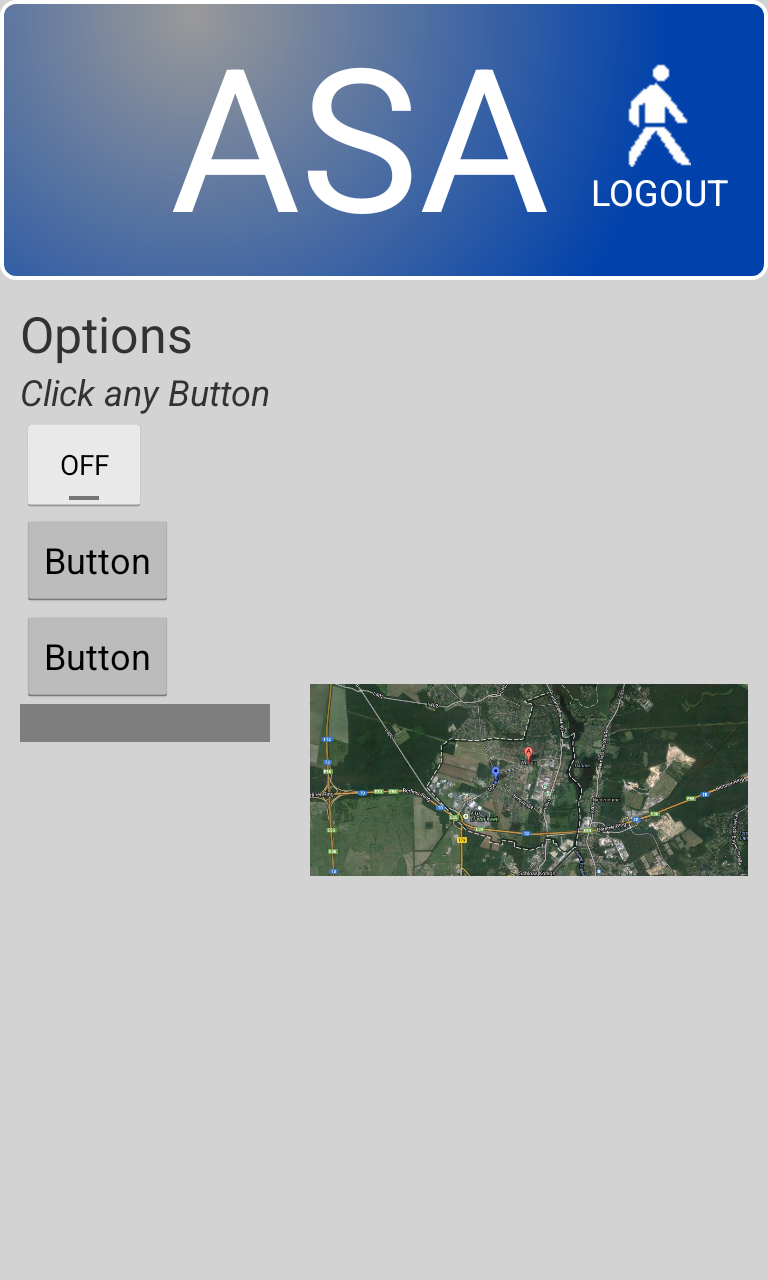
Repository: vinnare89/ASA
Layout: ASA/res/layout/asa_layout.xml
An editor plug-in stored every save of this project. The layout is shown before and after the next save, followed by the edit.
Pictures or frames that could not be fetched are drawn as grey boxes. It is drawn on a 768 x 1280 px phone screen (xhdpi) without system bars, with theme AppTheme; the app's code is not run.

Above is the layout before, as saved 2013-12-15 16:44:20.

### ASA/res/layout/asa_layout.xml
<?xml version="1.0" encoding="utf-8"?>
<LinearLayout xmlns:android="http://schemas.android.com/apk/res/android"
    android:layout_width="match_parent"
    android:layout_height="match_parent"
    android:background="#d3d3d3"
    android:orientation="vertical" >

    <RelativeLayout
        android:layout_width="match_parent"
        android:layout_height="wrap_content"
        android:background="@drawable/asa_header_background" >

        <TextView
            android:id="@+id/asa_header"
            android:layout_width="match_parent"
            android:layout_height="wrap_content"
            android:gravity="center_vertical|center_horizontal"
            android:text="@string/app_name_italic"
            android:textColor="#FFF"
            android:textSize="100sp" />

        <Button
            android:id="@+id/asa_logout_button"
            android:layout_width="wrap_content"
            android:layout_height="wrap_content"
            android:layout_alignParentRight="true"
            android:layout_centerVertical="true"
            android:layout_margin="20dp"
            android:background="@android:color/transparent"
            android:drawableTop="@drawable/mensch_small"
            android:text="@string/main_menu_logout"
            android:textColor="#FFF" />

        <View
            android:layout_width="fill_parent"
            android:layout_height="140dp"
            android:layout_alignParentLeft="true"
            android:layout_alignParentTop="true"
            android:layout_below="@id/asa_logout_button"
            android:background="@android:color/transparent" />
    </RelativeLayout>

    <LinearLayout
        android:layout_width="fill_parent"
        android:layout_height="fill_parent"
        android:gravity="center_horizontal" >

        <LinearLayout
            android:layout_width="wrap_content"
            android:layout_height="fill_parent"
            android:layout_alignParentLeft="true"
            android:layout_margin="@dimen/asa_margin_top"
            android:orientation="vertical" >

            <TextView
                android:id="@+id/textView3"
                android:layout_width="wrap_content"
                android:layout_height="wrap_content"
                android:text="@string/asa_control_header"
                android:textSize="25sp" />

            <TextView
                android:id="@+id/textView4"
                android:layout_width="wrap_content"
                android:layout_height="wrap_content"
                android:text="@string/asa_control_subheader"
                android:textSize="18sp"
                android:textStyle="italic" />

            <ToggleButton
                android:id="@+id/toggleButton1"
                android:layout_width="wrap_content"
                android:layout_height="wrap_content"
                android:text="ToggleButton" />

            <Button
                android:id="@+id/button1"
                android:layout_width="wrap_content"
                android:layout_height="wrap_content"
                android:text="Button" />

            <Button
                android:id="@+id/button2"
                android:layout_width="wrap_content"
                android:layout_height="wrap_content"
                android:text="Button" />

            <LinearLayout
                android:id="@+id/control_room_layout_background"
                android:layout_width="fill_parent"
                android:layout_height="wrap_content"
                android:orientation="vertical" >

                <fragment
                    android:id="@+id/map"
                    android:name="com.google.android.gms.maps.MapFragment"
                    android:layout_width="match_parent"
                    android:layout_height="match_parent" />
            </LinearLayout>
        </LinearLayout>

        <LinearLayout
            android:layout_width="match_parent"
            android:layout_height="fill_parent"
            android:layout_alignParentRight="true"
            android:layout_margin="@dimen/asa_margin_top"
            android:orientation="vertical" >

            <ImageView
                android:id="@+id/imageView1"
                android:layout_width="match_parent"
                android:layout_height="match_parent"
                android:layout_gravity="right|center_vertical"
                android:src="@drawable/map_dummy" />
        </LinearLayout>
    </LinearLayout>

</LinearLayout>

### ASA/res/values/styles.xml
<resources xmlns:android="http://schemas.android.com/apk/res/android">

    <!--
        Base application theme, dependent on API level. This theme is replaced
        by AppBaseTheme from res/values-vXX/styles.xml on newer devices.
    -->
    <style name="AppBaseTheme" parent="android:Theme.Light">
        <!--
            Theme customizations available in newer API levels can go in
            res/values-vXX/styles.xml, while customizations related to
            backward-compatibility can go here.
        -->
    </style>

    <!-- Application theme. -->
    <style name="AppTheme" parent="AppBaseTheme">
        <!-- All customizations that are NOT specific to a particular API-level can go here. -->
        <item name="android:windowNoTitle">true</item>
    	<item name="android:windowFullscreen">true</item>
    </style>

    <style name="MainMenuButton">
        <item name="android:layout_width">200px</item>
        <item name="android:layout_height">200px</item>
        <item name="android:textColor">#FFFFFF</item>
        <item name="android:textSize">25sp</item>
        <item name="android:background">@color/autobahn_blau</item>
        <item name="android:layout_margin">20dp</item>
    </style>

</resources>

### ASA/res/drawable/asa_header_background.xml
<?xml version="1.0" encoding="UTF-8"?>
<shape xmlns:android="http://schemas.android.com/apk/res/android"
     android:shape="rectangle">
     <stroke android:width="2dp" android:color="#FFFFFFFF" />
     <gradient android:layout_gravity="right" android:type="radial" android:gradientRadius="480"
        android:centerX="25%" android:centerY="5%"
        android:startColor="#999999" android:endColor="@color/autobahn_blau" />

    <corners android:bottomRightRadius="7dp" android:bottomLeftRadius="7dp"
     android:topLeftRadius="7dp" android:topRightRadius="7dp"/>
</shape>

### ASA/res/values/strings.xml
<?xml version="1.0" encoding="utf-8"?>
<resources>

    <string name="app_name">ASA</string>
    <string name="action_settings">Settings</string>
    <string name="hello_world">Hello world!</string>
    <string name="app_name_italic">ASA&#160;</string>

    <!-- Login Menu -->
    <string name="login_subheader">- Die Autofahrer Service App -</string>
    <string name="login_username">Username</string>
    <string name="login_password">Password</string>
    <string name="login_submit">Submit</string>

    <!-- Main Menu -->
    <string name="main_menu_lkw">LKW</string>
    <string name="main_menu_pkw">PKW</string>
    <string name="main_menu_bus">Bus</string>
    <string name="main_menu_alarm">Wecker</string>
    <string name="main_menu_activities">Aktivitäten</string>
    <string name="main_menu_information">Informationen</string>
    <string name="main_menu_logout">LOGOUT</string>

    <!-- Asa Activity -->
    <string name="asa_control_header">Options</string>
    <string name="asa_control_subheader">Click any Button</string>

</resources>

### ASA/res/values/color.xml
<?xml version="1.0" encoding="utf-8"?>
<resources>
    <color name="autobahn_blau">#0041AB</color>
</resources>

Loaded but not shown: ASA/res/values-v11/styles.xml (common file); ASA/res/values-v14/styles.xml (common file); ASA/res/values/dimens.xml (common file)

After the next save:
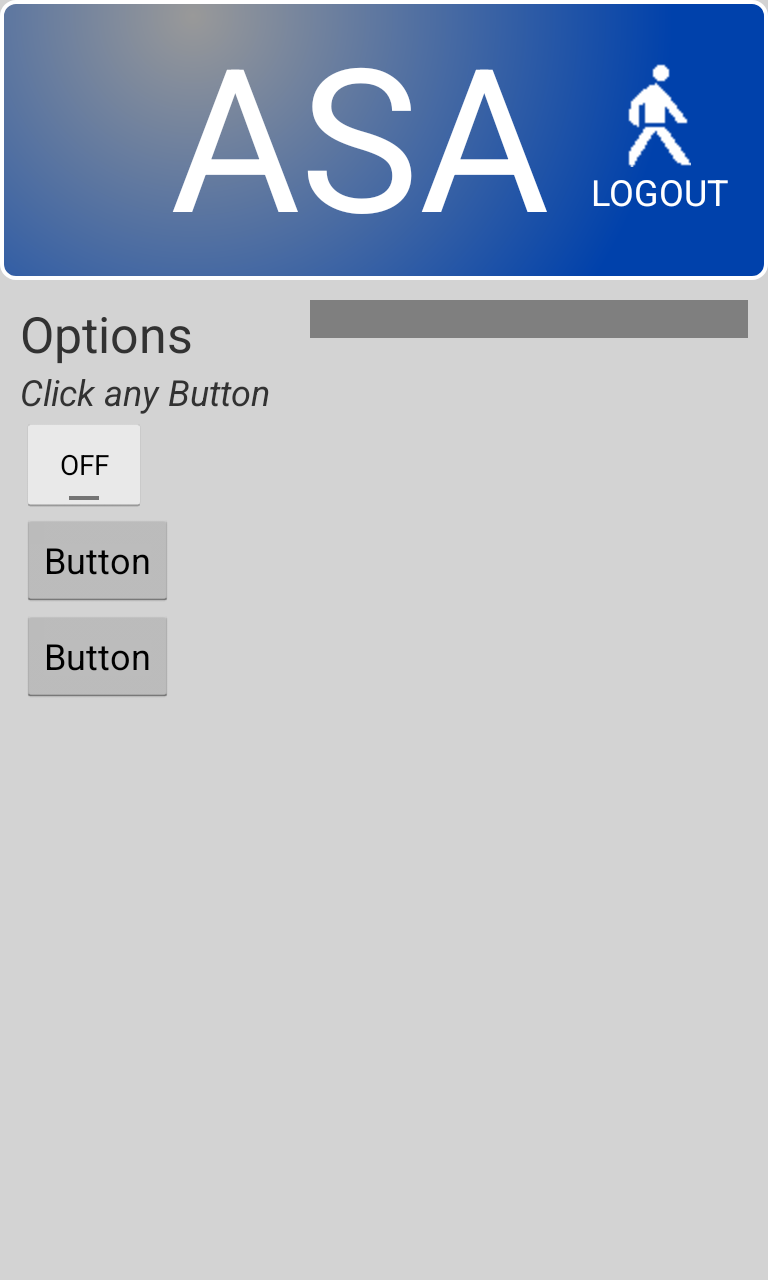
Saved 8 min 52 s later.
--- a/ASA/res/layout/asa_layout.xml
+++ b/ASA/res/layout/asa_layout.xml
@@ -84,6 +84,14 @@
                 android:layout_width="wrap_content"
                 android:layout_height="wrap_content"
                 android:text="Button" />
+        </LinearLayout>
+
+        <LinearLayout
+            android:layout_width="match_parent"
+            android:layout_height="fill_parent"
+            android:layout_alignParentRight="true"
+            android:layout_margin="@dimen/asa_margin_top"
+            android:orientation="vertical" >
 
             <LinearLayout
                 android:id="@+id/control_room_layout_background"
@@ -98,21 +106,6 @@
                     android:layout_height="match_parent" />
             </LinearLayout>
         </LinearLayout>
-
-        <LinearLayout
-            android:layout_width="match_parent"
-            android:layout_height="fill_parent"
-            android:layout_alignParentRight="true"
-            android:layout_margin="@dimen/asa_margin_top"
-            android:orientation="vertical" >
-
-            <ImageView
-                android:id="@+id/imageView1"
-                android:layout_width="match_parent"
-                android:layout_height="match_parent"
-                android:layout_gravity="right|center_vertical"
-                android:src="@drawable/map_dummy" />
-        </LinearLayout>
     </LinearLayout>
 
 </LinearLayout>
